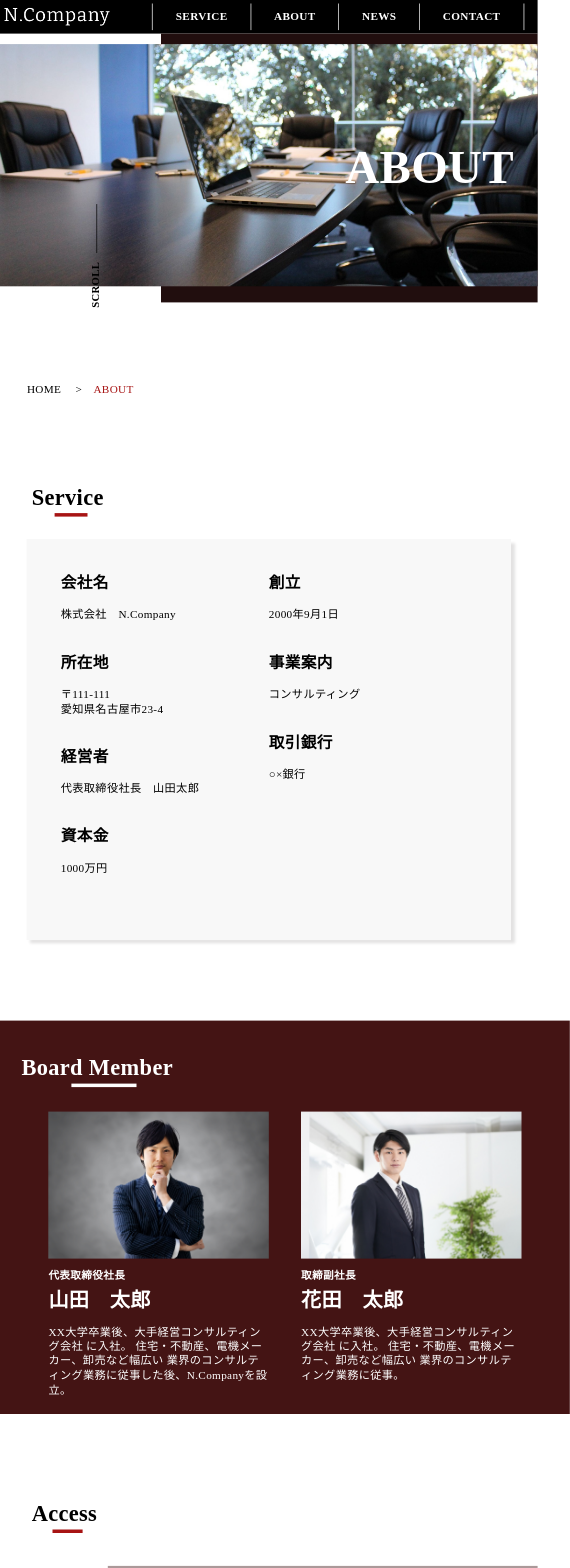
Repository: nozomi-23/hp2_test
Page: html/about.html
An editor plug-in stored every save of this project. The page is shown before and after a run of saves, followed by the edit.
The browser window is 768 px wide. The page is 814 px wide, then 768 px, so the pictures cover 814 px, including what lies to the right of the window. The pictures show the part of the page from y = 0 to 2240 px (the page is 2894 px tall before and 2870 px after), at 70% of full size.
Pictures or frames that could not be fetched are drawn as grey boxes. Some web fonts or font styles are not loaded; a fallback is used. Some web libraries are served in a nearby version.

Above is the page before, as saved 2022-06-26 23:17:47.

After the next 3 saves:
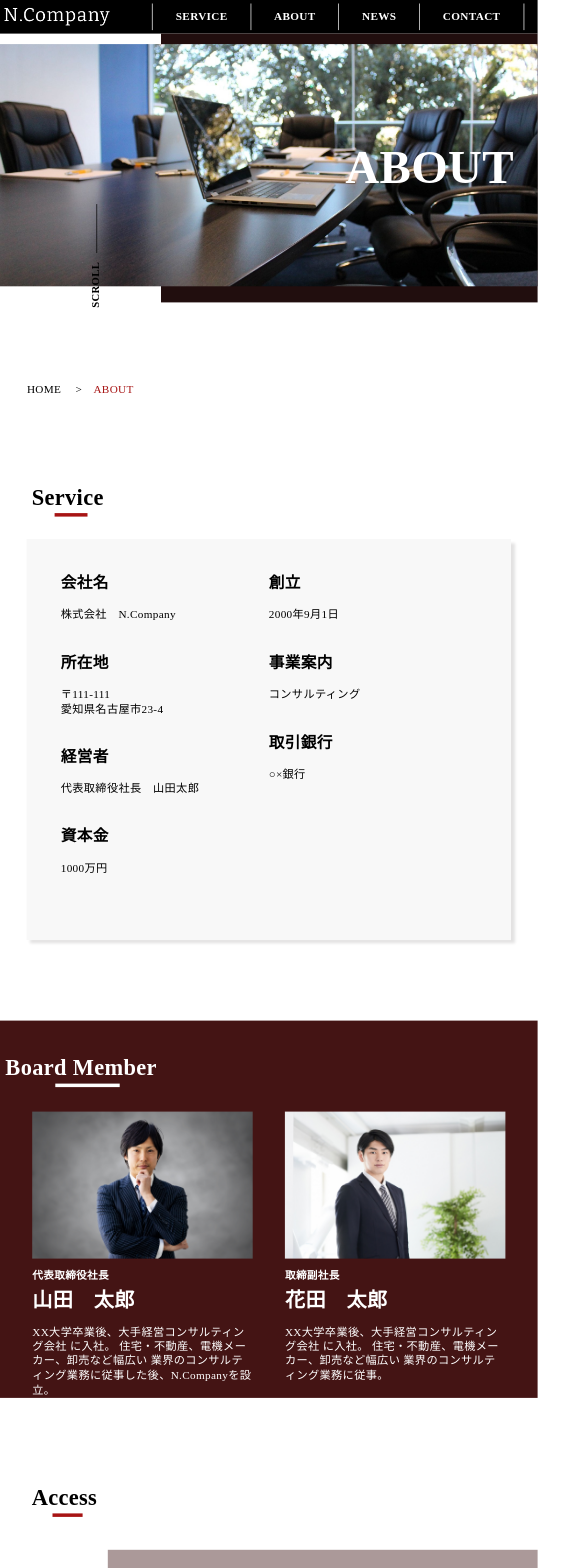
The 3 saves are shown as one change because they came seconds apart.
The last was saved 2 min 12 s later.
--- a/css/about.css
+++ b/css/about.css
@@ -157,6 +157,7 @@ access
 
   .mem_inner {
     width: 100%;
+    padding: unset;
     padding-top: 5%;
   }
 }
